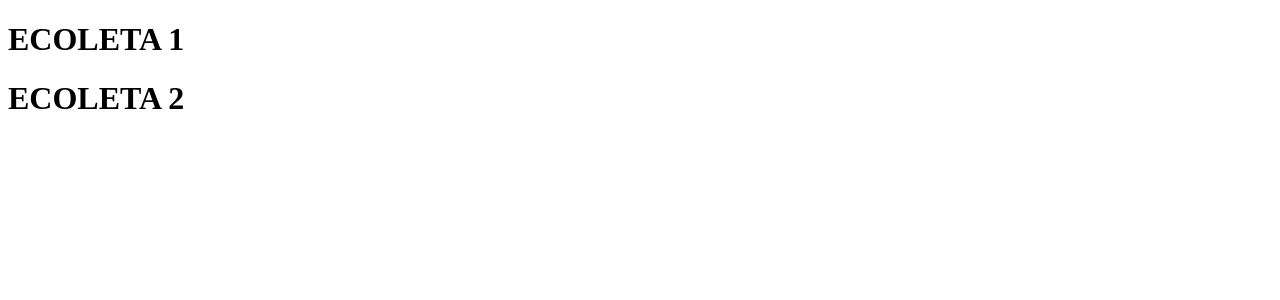
Repository: DavidSamerson/NLW_treinamento_2020
Page: / (app in webapp/)
An editor plug-in stored every save of this project. The page is shown before and after the next save, followed by the edit.
The browser window is 1280 px wide. The pictures show the whole page.
The project was rebuilt for these pictures with package versions that can differ from the ones it lists, and the page was loaded fresh each time. Also part of the build but not shown: webapp/src/App.css.

Above is the page before, as saved 2020-06-12 20:48:36.

After the next save:
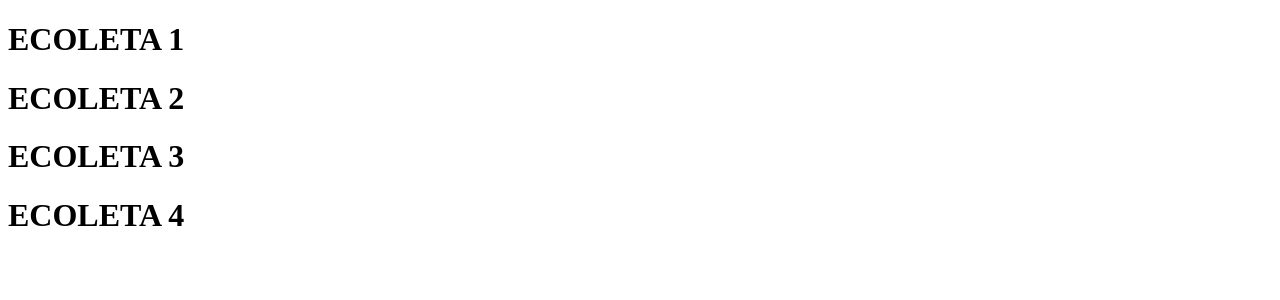
Saved 15 s later.
--- a/webapp/src/App.tsx
+++ b/webapp/src/App.tsx
@@ -9,6 +9,8 @@ function App() {
     <div>
         <Header title="ECOLETA 1"/>
         <Header title="ECOLETA 2"/>
+        <Header title="ECOLETA 3"/>
+        <Header title="ECOLETA 4"/>
     </div>
   );
 }
